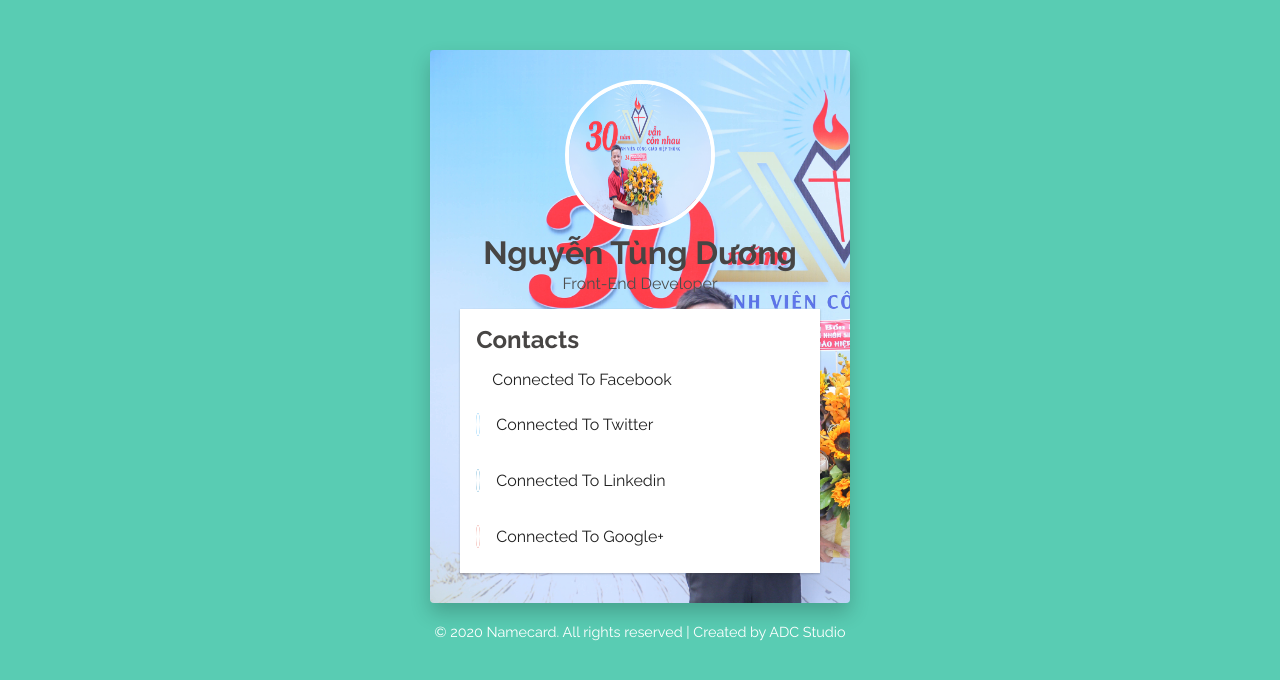
Repository: DuongTungNguyen0899/Card_Duong.github.io
Page: index.html
An editor plug-in stored every save of this project. The page is shown before and after the next save, followed by the edit.
The browser window is 1280 px wide. The pictures show the whole page.
Some icons come from a web library that is not loaded, so they are not drawn.

Above is the page before, as saved 2021-06-27 17:02:09.

### index.html
<!DOCTYPE HTML>
<html>
<head>
<title>Shaded Profile Widget Flat Responsive Widget Template :: w3layouts</title>
<!-- Custom Theme files -->
<link href="css/style.css" rel="stylesheet" type="text/css" media="all"/>
<!-- for-mobile-apps -->
<meta http-equiv="Content-Type" content="text/html; charset=utf-8" />
<meta name="viewport" content="width=device-width, initial-scale=1, maximum-scale=1">
<meta http-equiv="Content-Type" content="text/html; charset=utf-8" />
<!-- //for-mobile-apps -->
<!-- font-awesome icons -->
<link href="css/font-awesome.css" rel="stylesheet">
<!-- //font-awesome icons -->
<!--Google Fonts-->
<link href="https://fonts.googleapis.com/css2?family=Raleway:wght@400;500;600;700&display=swap" rel="stylesheet">
</head>
<body>
<!--profile start here-->

<div class="profile">
	<div class="wrap">
		<div class="profile-main">
			<div class="profile-pic wthree">
				<img src="img/IMG_7157.JPG" alt="">
				<h2>Nguyễn Tùng Dương</h2>
				<p>Front-End Developer</p>
			</div>
			<!-- <div class="w3-message">
				<h5>About Me</h5>
				<p>Chào bạn ! Chúng mình là ADC Studio.Liên hệ cho chúng mình nhé ^_^</p>
			</div> -->
			<div class="w3ls-touch">
				<h5>Contacts</h5>
				<div class="social">
					<ul>
						<li><a href="https://www.facebook.com/DuongTung.td/"><i class="fa fa-facebook-f" aria-hidden="true"></i> <p>Connected To Facebook</p></a></li>
						<li><a href="#"><i class="fa fa-twitter" aria-hidden="true"></i> <p>Connected To Twitter</p></a></li>
						<li><a href="#"><i class="fa fa-linkedin" aria-hidden="true"></i> <p>Connected To Linkedin</p></a></li>
						<li><a href="#"><i class="fa fa-google-plus" aria-hidden="true"></i> <p>Connected To Google+</p></a></li>
					</ul>
				</div>
			</div>
		</div>
		<div class="wthree_footer_copy">
			<p>© 2020 Namecard. All rights reserved | Created by <a href="https://adcstudio.info">ADC Studio</a></p>
		</div>
	</div>
</div>
<!--profile end here-->

</body>
</html>

### css/style.css
*,
*::before,
*::after {
	margin: 0;
	padding: 0;
	box-sizing: border-box;
}

html {

}


ul{list-style:none;}
a {text-decoration: none;}
img {
	width:150px;
	height:150px;
}
/*end reset*/
body{
	padding: 30px;
    background: #59CCB3;
    background-size: cover;
   font-family: 'Raleway', sans-serif;
}
.wrap {
    width: 80%;
    margin: 0 auto;
}
/*--profile start here--*/
.heading-1 {
	font-size: 35px;
	font-weight: 400;
	letter-spacing: 1.2;
}
h1 {
    font-size: 3em;
    color: #fff;
    text-align: center;
}
.profile-main {
    background: url(./img/IMG_7157.JPG) no-repeat 0px 0px;
	background-size:cover;
    width: 45%;
    margin: 20px auto;
    padding: 30px;
    border-radius: 4px;
    box-shadow: 0 10px 20px rgba(0,0,0,.2);
}
.profile-pic {
    margin: 0 0 1em 0;
    text-align: center;
}
.profile-pic img {
    border:4px solid #fff;
    border-radius: 82px;
	    transition: 0.5s all;
    -webkit-transition: 0.5s all;
    -moz-transition: 0.5s all;
    -o-transition: 0.5s all;
}
.profile-pic h2 {
    font-size: 2em;
    color: #474544;
    margin-bottom: 0.1em;
}
.profile-pic p {
    font-size: 1em;
    color:#4E4E4E;
}
.wthree_tab_grid_sub {
    margin: 1em 0 0 0;
}
.wthree_tab_grid_sub_left {
	float: left;
    width: 26.2%;
    padding: .5em;
    text-align: center;
    background: #d3aefe;
}
.wthree_tab_grid_sub_left h5 {
    font-size: 1.5em !important;
    color: #fff !important;
    font-weight: 700;
}
.wthree_tab_grid_sub_left p {
	color: #fff !important;
    font-size: .9em !important;
    margin: 0 !important;
}
.wthree_tab_grid_sub_left:nth-child(2) {
    margin: 0 1em;
}
.w3-message,.w3ls-touch{
    padding: 1em;
    box-shadow: 0 0px 1px rgba(197, 197, 197, 0.19),0 1px 2px rgba(0, 0, 0, 0.24);
    background: #fff;
}
.w3-message h5,.w3ls-touch h5{
	color:#474544;
	font-size:1.5em;
	margin:0;
}
.w3-message p{
	color:#c5b7b7;
	font-size:16px;
	margin:1em 0 0 0;
	line-height:1.8em;
}
.w3ls-touch{
	margin:1em 0 0 0;
}
.social {
	margin: 1em 0 0 0;
}
.social ul{
	padding:0;
	margin:0;
}
.social ul li{
    display: block;
	margin:1em 0 0 0;
}
.social ul li:nth-child(1){
	margin:0;
}
.social ul li a {
	color: #333;
    text-align: center;
}
.social ul li a i.fa.fa-facebook,.social ul li a i.fa.fa-twitter,.social ul li a i.fa.fa-linkedin,.social ul li a i.fa.fa-google-plus{
    height: 40px;
    width: 40px;
    background: none;
    line-height: 40px;
    border: solid 2px #FFF;
    color: #FFF;
    border-radius: 50%;
    -webkit-border-radius: 50%;
    -moz-border-radius: 50%;
    -o-border-radius: 50%;
    -ms-border-radius: 50%;
    transition: 0.5s all;
    -webkit-transition: 0.5s all;
    -moz-transition: 0.5s all;
    -o-transition: 0.5s all;
    -ms-transition: 0.5s all;
}
.social ul li a i.fa.fa-facebook {
	background: #3b5998;
}
.social ul li a i.fa.fa-twitter{
	background: #1da1f2;
}
.social ul li a i.fa.fa-linkedin{
	background: #0077b5;
}
.social ul li a i.fa.fa-google-plus{
	background: #dd4b39;
}
.social ul li a i.fa.fa-facebook:hover {
	border: solid 2px #3b5998;
    color: #3b5998;
	background:none;
}
.social ul li a i.fa.fa-twitter:hover{
	border: solid 2px #1da1f2;
    color: #1da1f2;
	background:none;
}
.social ul li a i.fa.fa-linkedin:hover{
	border: solid 2px #0077b5;
    color: #0077b5;
	background:none;
}
.social ul li a i.fa.fa-google-plus:hover{
	border: solid 2px #dd4b39;
    color: #dd4b39;
	background:none;
}
.social ul li a p{
    color: #212121;
    font-size: 16px;
    margin: 0 0 0 1em;
    font-weight: 400;
    display: inline-block;
}
.wthree_footer_copy{
	text-align:center;
}
.wthree_footer_copy p{
	color:#FFFFFF;
	font-size:.9em;
	margin:0;
}
.wthree_footer_copy p a{
	color:#FFFFFF;
	text-decoration:none;
}
.wthree_footer_copy p a:hover{
	color:#212121;
}
/*-- responsive --*/
@media(max-width:1440px){
	.wthree_tab_grid_sub_left {
		width: 25.2%;
	}
}
@media(max-width:1280px){
	.profile-main {
		width: 43%;
	}
}
@media(max-width:1080px){
	body {
		padding: 10px;
	}
	.wrap {
		width: 100%;
	}
	.profile-main {
		width: 100%;
	}
}

@media(max-width:600px){
	.profile-main {
		background: url(./img/IMG_7157.JPG) no-repeat -100px 0px;
		background-size: cover;
	}
	.social ul li a p {
		font-size: 13px;
	}
}


@media(max-width:320px){
	h1 {
		font-size: 1.5em;
	}
	.wthree_tab_grid_sub_left {
		width: 21.5%;
	}
	.wthree_tab_grid_sub_left p {
		font-size: .8em !important;
	}
	.profile-main {
		background: url(./img/IMG_7157.JPG) no-repeat -173px 0px;
		background-size: cover;
	}
}
/*-- //responsive --*/

After the next save:
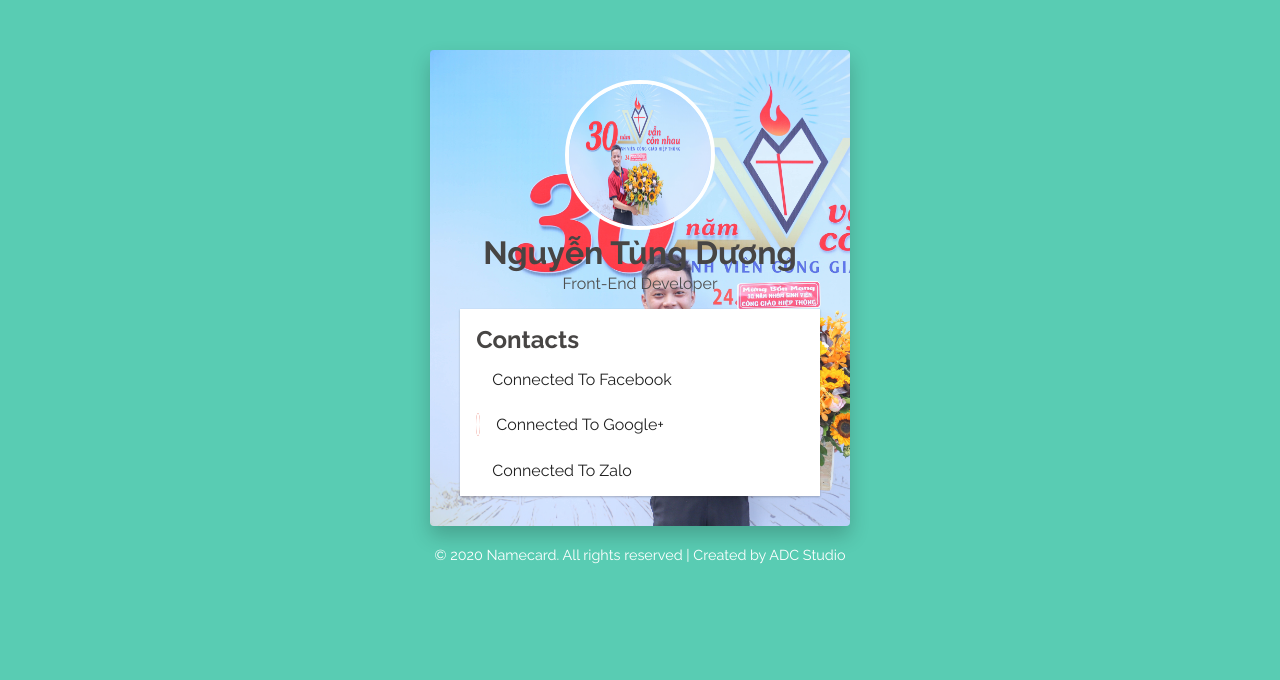
Saved 64 s later.
--- a/index.html
+++ b/index.html
@@ -35,9 +35,10 @@
 				<div class="social">
 					<ul>
 						<li><a href="https://www.facebook.com/DuongTung.td/"><i class="fa fa-facebook-f" aria-hidden="true"></i> <p>Connected To Facebook</p></a></li>
-						<li><a href="#"><i class="fa fa-twitter" aria-hidden="true"></i> <p>Connected To Twitter</p></a></li>
-						<li><a href="#"><i class="fa fa-linkedin" aria-hidden="true"></i> <p>Connected To Linkedin</p></a></li>
-						<li><a href="#"><i class="fa fa-google-plus" aria-hidden="true"></i> <p>Connected To Google+</p></a></li>
+						<!-- <li><a href="#"><i class="fa fa-twitter" aria-hidden="true"></i> <p>Connected To Twitter</p></a></li> -->
+						<!-- <li><a href="#"><i class="fa fa-linkedin" aria-hidden="true"></i> <p>Connected To Linkedin</p></a></li> -->
+                        <li><a href="#"><i class="fa fa-google-plus" aria-hidden="true"></i> <p>Connected To Google+</p></a></li>
+                        <li><a href="#"><i class="fa fa-zalo" aria-hidden="true"></i> <p>Connected To Zalo</p></a></li>
 					</ul>
 				</div>
 			</div>
